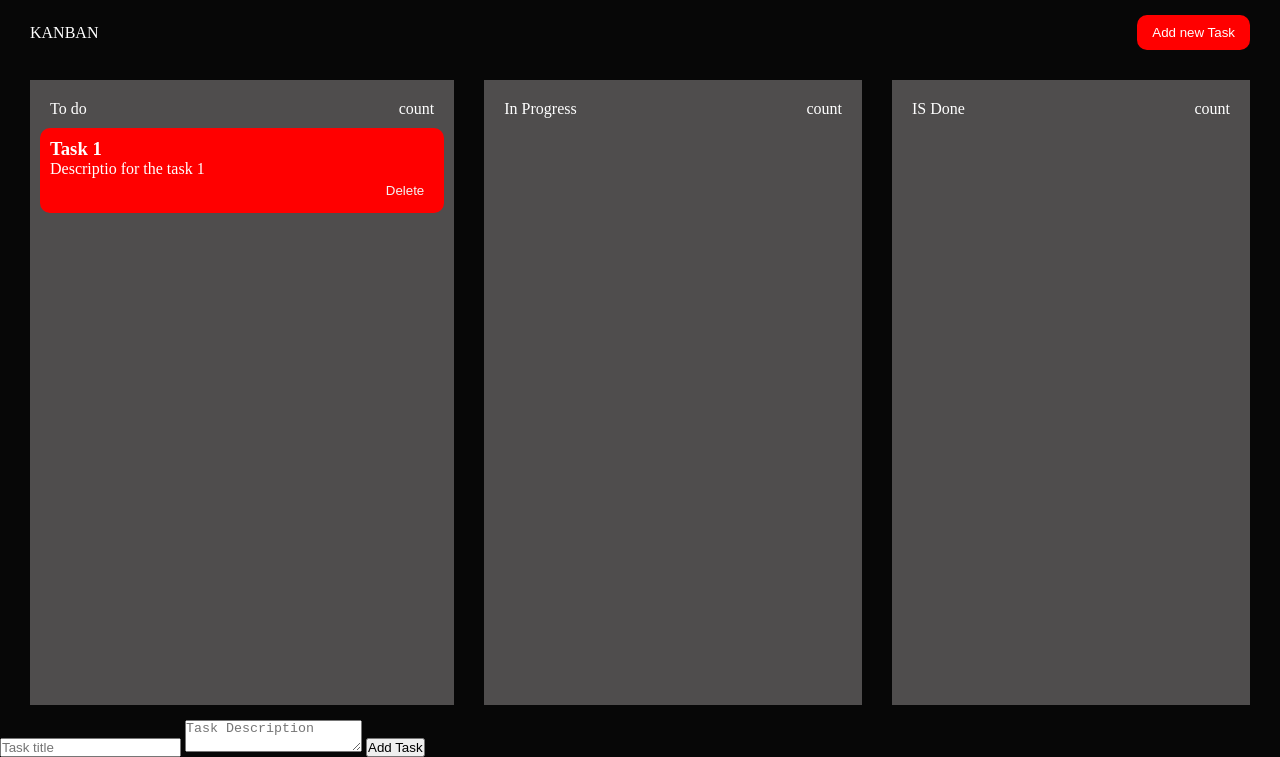
Repository: Sandeepji-5/Kanban-board
Page: index.html
These files come from the project's save history. The page is drawn as it stood at one moment and after the next save; the edit follows.
The browser window is 1280 px wide. The pictures show the whole page.

Above is the page before, as saved 2025-12-09 14:02:22.

After the next save:
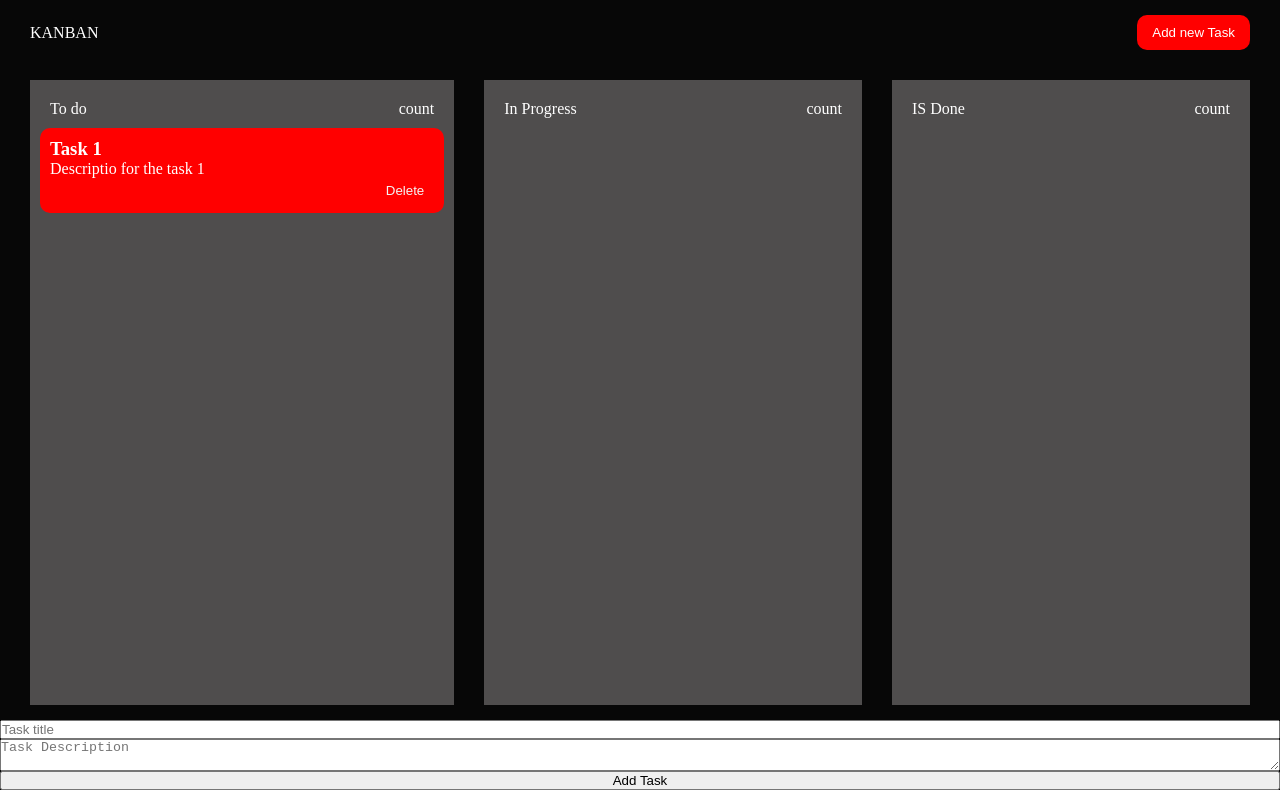
Saved 72 s later.
--- a/style.css
+++ b/style.css
@@ -132,3 +132,8 @@ section .task-column .task button{
     background-color: var(--bg-delete-color);
     color: var(--primary-text-color)  ;
 }
+
+.modal{
+    display: flex;
+    flex-direction: column;
+}
